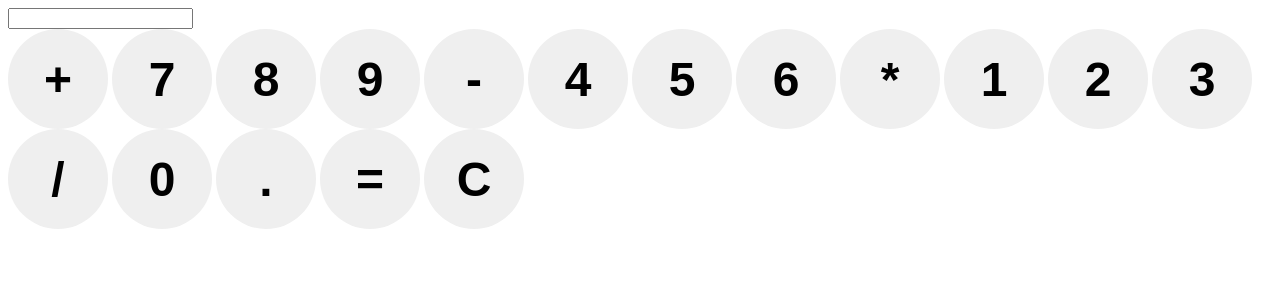
Repository: 23HarveyJi/25-Fall_chillguys
Page: calculator.html
The author's editor kept a copy of each file at every save. The page is drawn from the files as they stood at one save, then again after a run of saves.
The browser window is 1280 px wide. The pictures show the whole page.

Above is the page before, as saved 2025-10-10 15:02:53.

### calculator.html
<!DOCTYPE html>
<html lang="en">
    <head>
        <meta charset="UTF-8" />
        <meta name="viewport" content="width=device-width, initial-scale=1.0" />
        <title>Document</title>
        <link rel="stylesheet" href="calculator.css">
    </head>
    <body>

        <div id="calculator">
            <input id="display" readonly>
            <div id="keys">
                <button onclick="appendToDisplay('+')">+</button>
                <button onclick="appendToDisplay('7')">7</button>
                <button onclick="appendToDisplay('8')">8</button>
                <button onclick="appendToDisplay('9')">9</button>
                <button onclick="appendToDisplay('-')">-</button>
                <button onclick="appendToDisplay('4')">4</button>
                <button onclick="appendToDisplay('5')">5</button>
                <button onclick="appendToDisplay('6')">6</button>
                <button onclick="appendToDisplay('*')">*</button>
                <button onclick="appendToDisplay('1')">1</button>
                <button onclick="appendToDisplay('2')">2</button>
                <button onclick="appendToDisplay('3')">3</button>
                <button onclick="appendToDisplay('/')">/</button>
                <button onclick="appendToDisplay('0')">0</button>
                <button onclick="appendToDisplay('.')">.</button>
                <button onclick="calculate()">=</button>
                <button onclick="clearDisplay"()>C</button>
            </div>
        </div>
    </body>

### calculator.css
#caculator{
    font-family: Arial, sans-serif;
    background-color: hsl(0,0%,15%);
    border-radius: 15px;
    max-width: 500px;
    overflow: hidden
}
#display{}
.keys{
    display: grid;
    grid-template-columns: repeat(4, 1fr);
    gap: 10px;
    padding: 25px;
}

button{
    width: 100px;
    height: 100px;
    border-radius: 50px;
    border: none;
    background-color: lightgray
    color: white;
    font-size: 3rem;
    font-weight: bold;
    cursor: pointer;
}

After the next 2 saves:
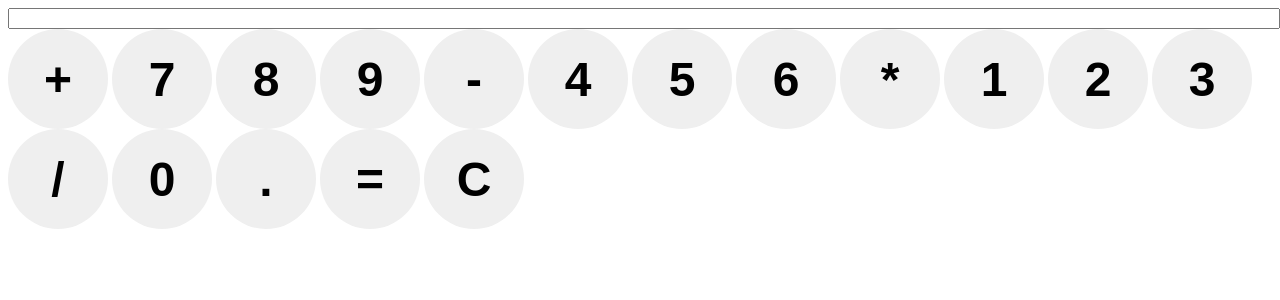
The 2 saves are shown as one change because they came seconds apart.
The last was saved 6 s later.
--- a/calculator.css
+++ b/calculator.css
@@ -5,7 +5,9 @@
     max-width: 500px;
     overflow: hidden
 }
-#display{}
+#display{
+    width: 100%;
+}
 .keys{
     display: grid;
     grid-template-columns: repeat(4, 1fr);
